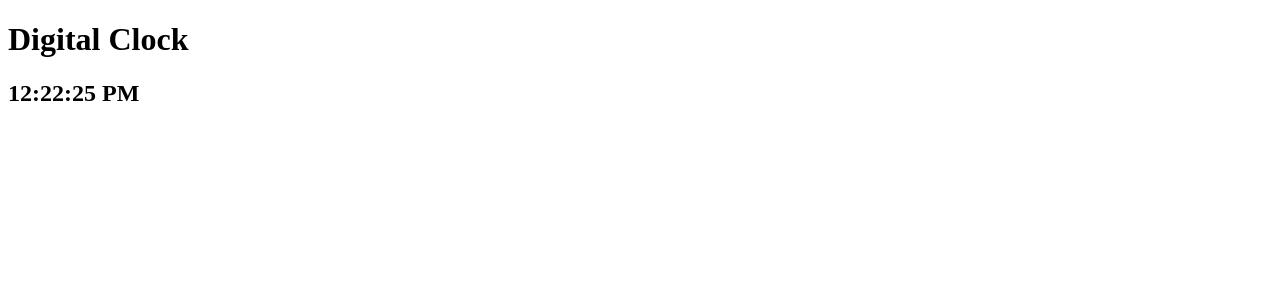
Repository: ashwani436/React-Assignment-5---Digital-Clock
Page: /
An editor plug-in stored every save of this project. The page is shown before and after the next save, followed by the edit.
The browser window is 1280 px wide. The pictures show the whole page.
The project was rebuilt for these pictures with package versions that can differ from the ones it lists, and the page was loaded fresh each time. Also part of the build but not shown: webpack.config.js.

Above is the page before, as saved 2021-02-20 12:31:40.

After the next save:
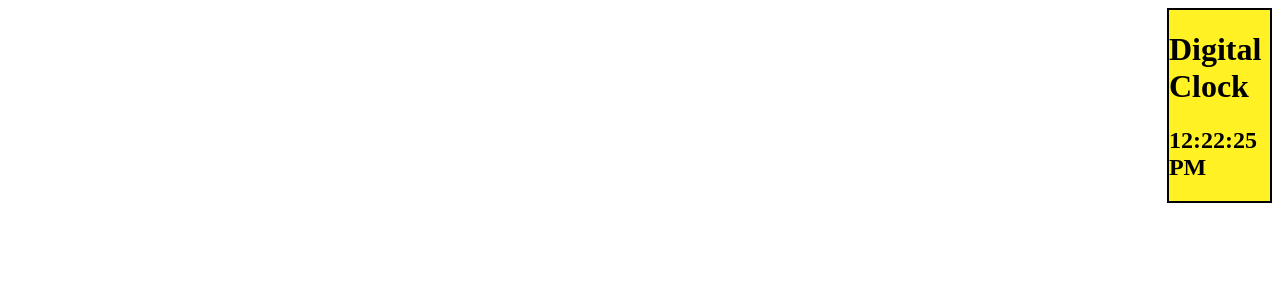
Saved 20 s later.
--- a/src/components/App.js
+++ b/src/components/App.js
@@ -20,7 +20,7 @@ class App extends Component {
     render() {
         const { time } = this.state; // retrieve the time from state
 
-        return (<div>
+        return (<div className="Clock">
             <h1 id="time">Digital Clock</h1>
             <h2>
                 {/* print the string prettily */}
